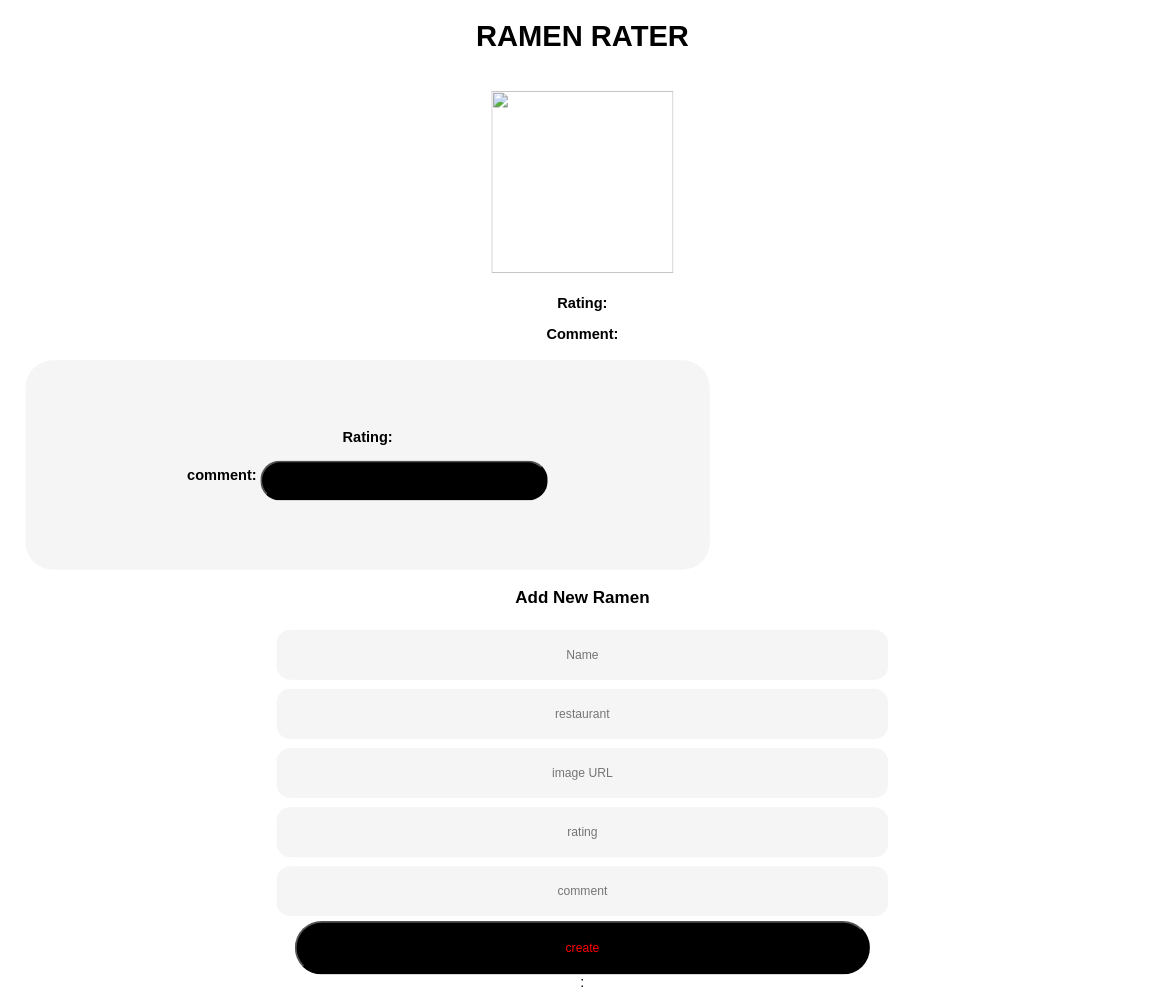
Repository: travinne/travthegr88
Page: code/ramen-rating-app/index.html
The author's editor kept a copy of each file at every save. The page is drawn from the files as they stood at one save, then again after the next save.
The browser window is 1280 px wide. The pictures show the whole page, at 91% of full size.

Above is the page before, as saved 2025-03-20 05:14:10.
Console error: TypeError: Cannot set properties of null (setting 'innerText')

### code/ramen-rating-app/index.html
<!DOCTYPE html>
<html lang="en">
<head>
    <meta charset="UTF-8">
    <meta name="viewport" content="width=device-width, initial-scale=1.0">
    <title>Document</title>
    <link rel="stylesheet" href="style.css">
    <script src="js/index.js" defer></script>
</head>
<body>
    <h1>RAMEN RATER</h1>
    <div id="ramen-menu">></div>

    <div id="ramen-detail">
        <img id="ramen-image" src="" alt="">
        <h2 id="ramen-name"></h2>
        <h3 id="ramen-restaurant"></h3>
        <p><strong>Rating:</strong> <span id="ramen-rating"></span></p>
        <p><strong>Comment:</strong> <span id="ramen-comment"></span></p>


        <div >
            <form id="edit-ramen-form">
            <p><strong>Rating:</strong><span id="update Rating"min ="1" max ="5">
            <p><strong>comment:</strong><span id="update comment">
            <button id="delete-ramen"></delete button>
        </div>


        <div>
        <form id="new-ramen-form">
        <h3>Add New Ramen</h3>
        <input type="text" name="name" placeholder="Name"required>
        <input type="text" name="restaurant" placeholder="restaurant"required>
        <input type="url" name="image" placeholder="image URL"required>
        <input type="text" name="rating" placeholder="rating">
        <input type="text" name="comment" placeholder="comment">
        <button type="submit">create</button>
        </form>
        </div>

</body>:
</html>

### code/ramen-rating-app/style.css
* {
   font-family: Arial, sans-serif;
   text-align: center;


}

#head {
   background:wheat;
   color:black;
   padding: 100px;
   margin: 0000;
}

#ramen-menu {
   display: flex;
   justify-content: baseline;
   gap: 15px;
   padding: 10px;
   border-bottom: 2px ;

}

#ramen-image{
    height:200px;
    width: 200px;
}

form {
       background:whitesmoke;
       padding: 60px;
       width: 50%;
       margin: 20px ;
       border-radius: 30px;

   }

input {
       width: 50%;
       padding: 20px;
       margin: 5px;
       border: 5px; ;
       border-radius: 15px;
       background-color: whitesmoke;





      }

button {
          background-color:black;
          color: red;
          padding: 20px;
          cursor: pointer;
          border-radius: 30px;
          width: 50%;
}

button:hover {
          background-color:wheat;
      }

### code/ramen-rating-app/Js/index.js
document.addEventListener('DOMContentLoaded',main)


let h1 = document.getElementById('head')
h1.innerText = 'RAMEN RATING APP';


const ramens = [
   { id: 1,
    name: 'Shoyu Ramen',
    restaurant: "Ichiran",
    image: "https://image/gyukotsu.jpg",

    rating: 5,
    comment: "Delicious!"
},

{
    id: 2,
    name: 'miso Ramen',
    restaurant: "menya",
    image: "https://images.naruto.(1).jpg",

    rating: 4,
    comment: "very favourable"
},

  {
    id: 3,
    name: 'tonkotsu Ramen',
    restaurant: "ramen-ya",
    image: "https://images.nirvana.(1).jpg",
    rating: 3,
    comment: "creamy and rich"
 }
];

let currentRamen = null

function displayRamen() {
    const ramenMenu = document.getElementById('ramen-menu')
    ramenMenu.innerHTML = ""

    ramens.forEach(ramen =>{
        const img = document.createElement("img");
        d
        img.src = ramen.image;
        img.alt = ramen.name;
        img.dataset.id =ramen.id;


        img.addEventListener('click',() => handleClick(ramen));
        ramenMenu.appendChild(img)
})
}
function handleClick(ramen) {
    currentRamen = ramen;
    document.getElementById("ramen-image").src = ramen.image;
    document.getElementById("ramen-name").textContent = ramen.name;
    document.getElementById("ramen-restaurant").textContent = ramen.restaurant;
    document.getElementById("ramen-rating").textContent = `Rating: ${ramen.rating}`;
    document.getElementById("ramen-comment").textContent = `Comment: ${ramen.comment}`;
}


function clearRamenDetails() {
    document.getElementById("ramen-image").src = "";
    document.getElementById("ramen-name").textContent = "";
    document.getElementById("ramen-restaurant").textContent = "";
    document.getElementById("ramen-rating").textContent = "Rating:";
    document.getElementById("ramen-comment").textContent = "Comment:";
}


function addSubmitListener() {
    const form = document.getElementById("new-ramen-form");
    form.addEventListener("submit", function (event) {
        event.preventDefault();

        const newRamen = {
            id: ramens.length + 1,
            name: form.name.value.trim(),
            restaurant: form.restaurant.value.trim(),
            image: form.image.value.trim(),
            rating: parseInt(form.rating.value, 10),
            comment: form.comment.value.trim()
        };

        if (newRamen.name && newRamen.restaurant && newRamen.image) {
            ramens.push(newRamen);
            displayRamen();
            handleClick(newRamen);
            form.reset();
        } else {
            alert("Please fill out all required fields!");
        }
    });
}


function editRamenDetails() {
    const editForm = document.getElementById("edit-ramen-form");
    editForm.addEventListener("submit", function (event) {
        event.preventDefault();

        if (currentRamen) {
            currentRamen.rating = parseInt(editForm["edit-rating"].value, 10);
            currentRamen.comment = editForm["edit-comment"].value.trim();

            document.getElementById("ramen-rating").textContent = `Rating: ${currentRamen.rating}`;
            document.getElementById("ramen-comment").textContent = `Comment: ${currentRamen.comment}`;

            editForm.reset();
        }
    });
}


function deleteRamen() {
    const deleteButton = document.getElementById("delete-ramen");
    deleteButton.addEventListener("click", function () {
        if (currentRamen) {
            const index = ramens.findIndex(r => r.id === currentRamen.id);
            if (index !== -1) {
                ramens.splice(index, 1);
                displayRamen();
            }
        }
    });
}


function main() {
    displayRamen()
    addSubmitListener();
    editRamenDetails();
   deleteRamen();
}

After the next save:
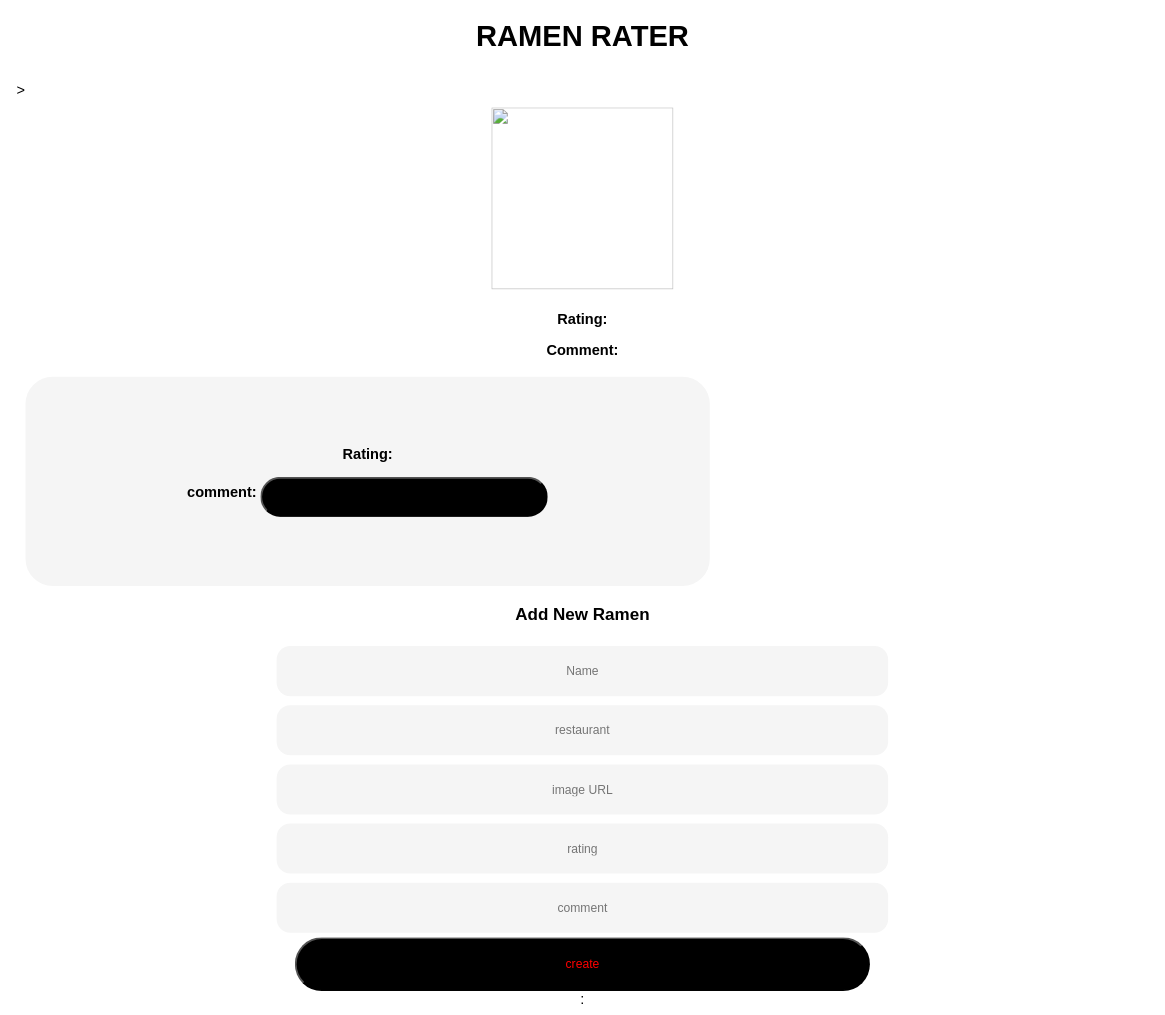
Saved 74 s later.
--- a/code/ramen-rating-app/Js/index.js
+++ b/code/ramen-rating-app/Js/index.js
@@ -37,13 +37,11 @@ const ramens = [
 
 let currentRamen = null
 
-function displayRamen() {
-    const ramenMenu = document.getElementById('ramen-menu')
-    ramenMenu.innerHTML = ""
-
-    ramens.forEach(ramen =>{
+function displayRamens() {
+        const ramenMenu = document.getElementById('ramen-menu')
+        ramenMenu.innerHTML = ""
+        ramens.forEach(ramen =>{
         const img = document.createElement("img");
-        d
         img.src = ramen.image;
         img.alt = ramen.name;
         img.dataset.id =ramen.id;
